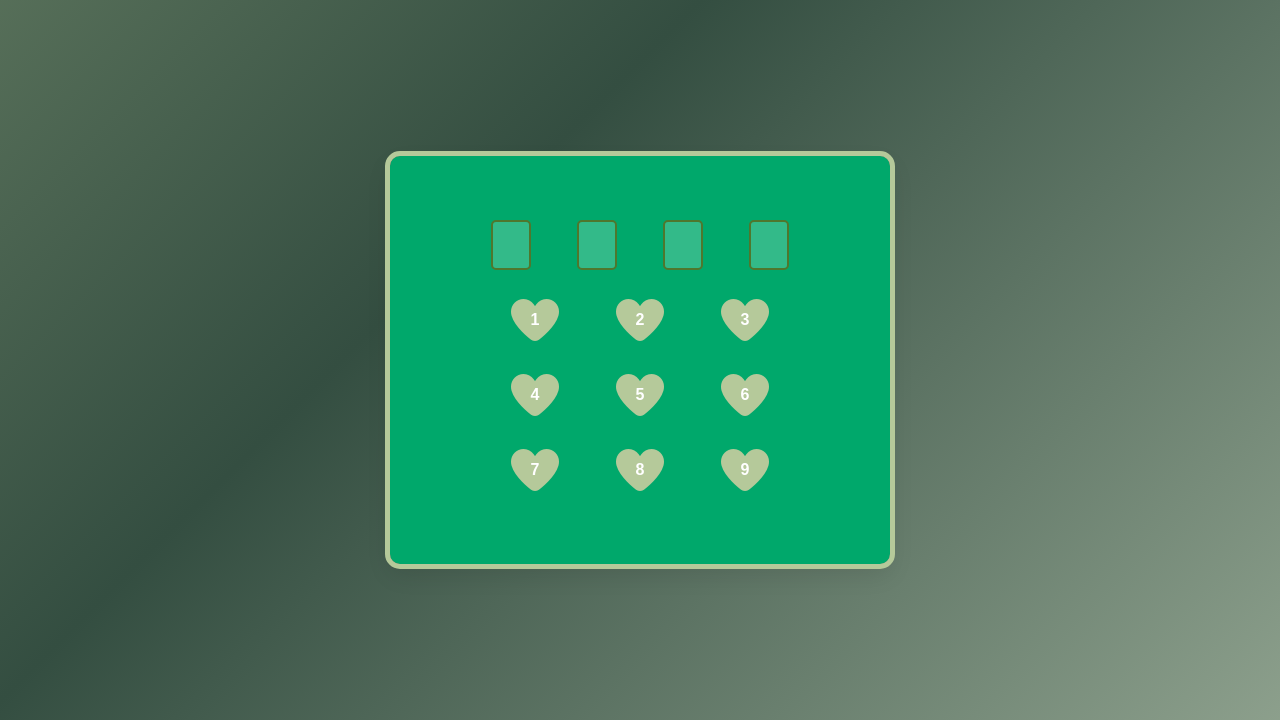
Repository: jahatesu/project-cutie
Page: index.html
The author's editor kept a copy of each file at every save. The page is drawn from the files as they stood at one save, then again after the next save.
The browser window is 1280 px wide. The pictures show the whole page.
Some web libraries are served in a nearby version.

Above is the page before, as saved 2025-08-14 23:46:15.
Console error: TypeError: Cannot read properties of null (reading 'getBoundingClientRect')

After the next save:
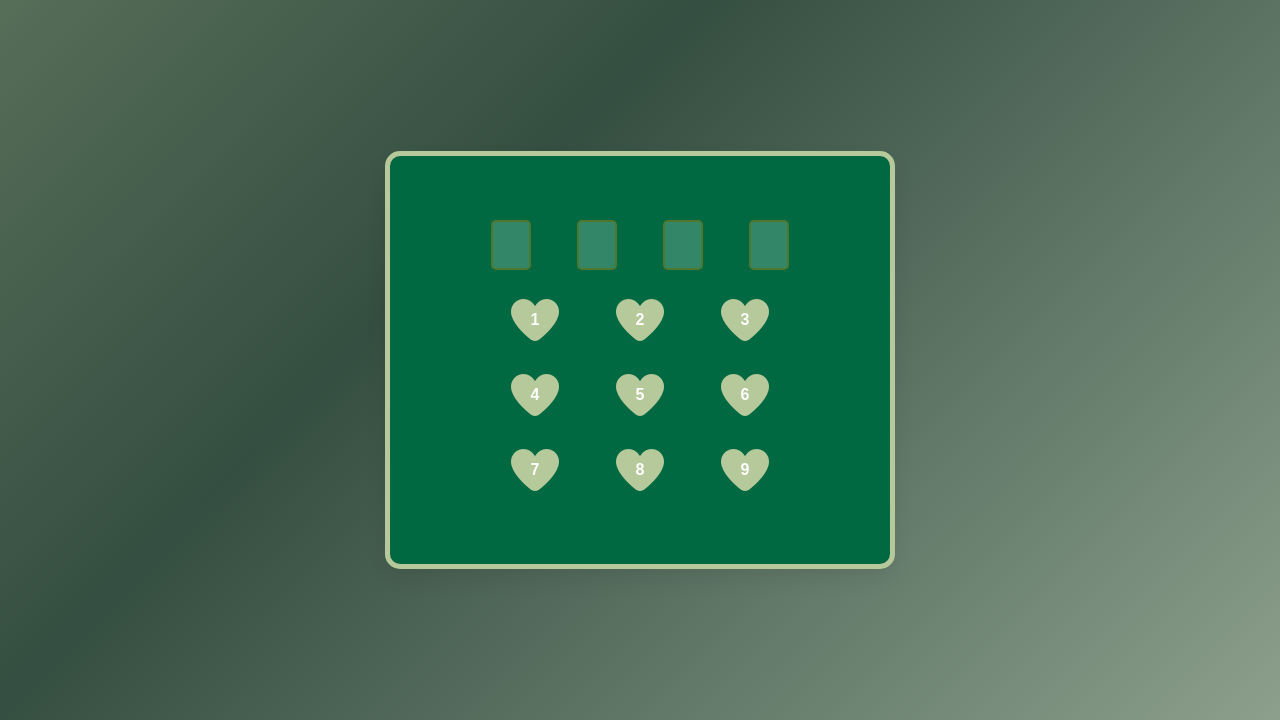
Saved 25 s later.
--- a/style.css
+++ b/style.css
@@ -46,7 +46,7 @@ body {
     margin: 50px 50px;
     height: fit-content;
     /* max-height: 50%; */
-    background: #00A86B;
+    background: #006942;
     border-radius: 10px;
     display: flex;
     justify-content: center;
